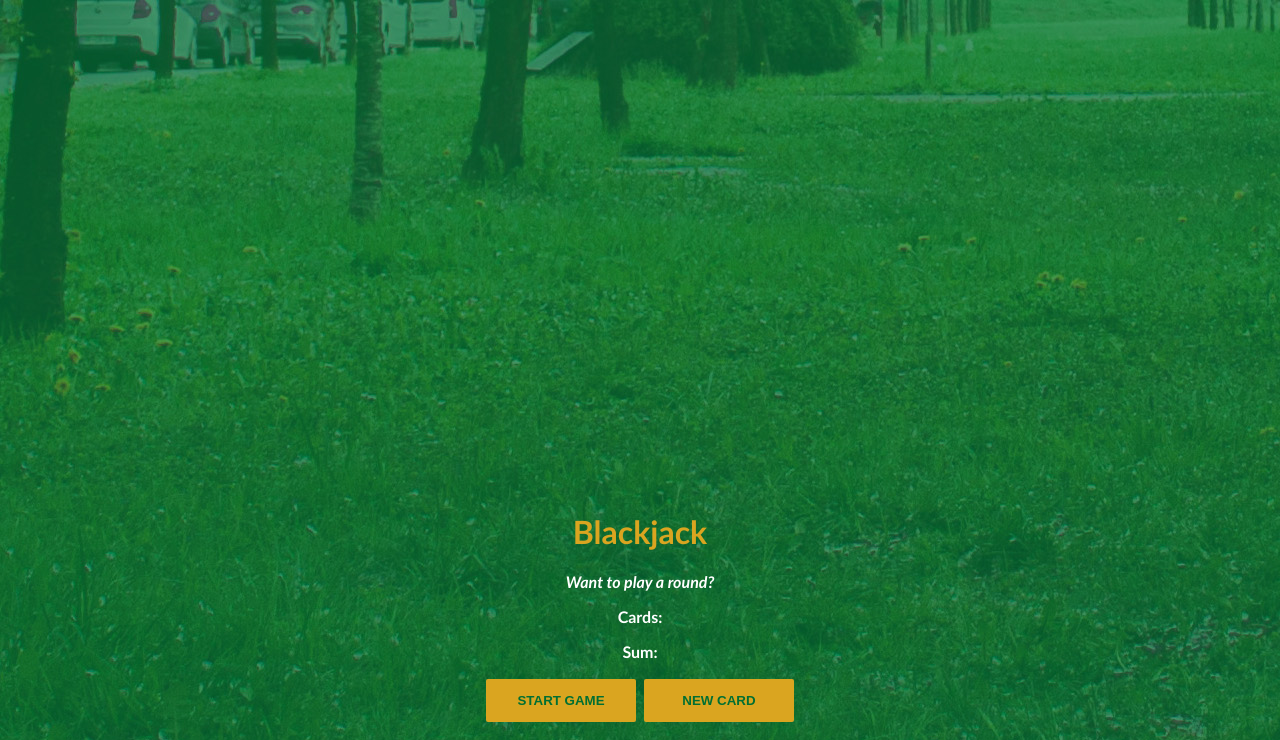
Repository: Samkiroko/black_jack
Page: index.html
An editor plug-in stored every save of this project. The page is shown before and after the next save, followed by the edit.
The browser window is 1280 px wide. The pictures show the whole page.

Above is the page before, as saved 2022-04-30 17:22:12.

### index.html
<!DOCTYPE html>
<html lang="en">

<head>
    <meta charset="UTF-8">
    <meta http-equiv="X-UA-Compatible" content="IE=edge">
    <meta name="viewport" content="width=device-width, initial-scale=1.0">
    <link rel="stylesheet" href="index.css">
    <title>Document</title>
</head>

<body>
    <h1>Blackjack</h1>
    <p id="message-el">Want to play a round?</p>
    <p id="cards-el">Cards:</p>
    <p id="sum-el">Sum:</p>
    <button onclick="startGame()">START GAME</button>
    <button onclick="newCard()">NEW CARD</button>
    <p id="player-el"></p>
    <!-- 1. Create a NEW CARD button, make it run newCard() on click -->
    <script src="index.js" defer></script>

</body>

</html>

### index.css
body {
    font-family: 'Trebuchet MS', 'Lucida Sans Unicode', 'Lucida Grande', Arial, sans-serif;
    background-image: url('img/green.jpg');
    background-size: auto;
    background-repeat: no-repeat;
    font-weight: bold;
    color: white;
    text-align: center;
    display: block;
    margin-left: auto;
    margin-right: auto;
    margin-top: 40%;
}

h1 {
    color: goldenrod;
}

#message-el {
    font-style: italic;
}


/* 3. Make sure that the two buttons have some space between
each other when they are rendered out vertically */

button {
    color: #016f32;
    width: 150px;
    height: 43px;
    background: goldenrod;
    padding-top: 5px;
    padding-bottom: 5px;
    font-weight: bold;
    border: none;
    border-radius: 2px;
    margin: 2px;
}

### index.js
let cards = []
let sum = 0
let hasBlackJack = false
let isAlive = false
let message = ''
let messageEl = document.getElementById('message-el')
let sumEl = document.getElementById('sum-el')
let cardsEl = document.getElementById('cards-el')

console.log(cards)

function getRandomCard() {
  let randomNumber = Math.floor(Math.random() * 13) + 1
  if (randomNumber > 10) {
    return 10
  } else if (randomNumber === 1) {
    return 11
  } else {
    return randomNumber
  }
}

function startGame() {
  isAlive = true
  let firstCard = getRandomCard()
  let secondCard = getRandomCard()
  cards = [firstCard, secondCard]
  sum = firstCard + secondCard
  // Generate two random numbes
  // Re-assign the cards and sum variables so that the game can start
  renderGame()
}

function renderGame() {
  cardsEl.textContent = 'Cards: '
  for (let i = 0; i < cards.length; i++) {
    cardsEl.textContent += cards[i] + ' '
  }

  sumEl.textContent = 'Sum: ' + sum
  if (sum <= 20) {
    message = 'Do you want to draw a new card?'
  } else if (sum === 21) {
    message = "You've got Blackjack!"
    hasBlackJack = true
  } else {
    message = "You're out of the game!"
    isAlive = false
  }
  messageEl.textContent = message
}

function newCard() {
  if (isAlive === true && hasBlackJack === false) {
    let card = getRandomCard()
    sum += card
    cards.push(card)
    renderGame()
  }
}

After the next save:
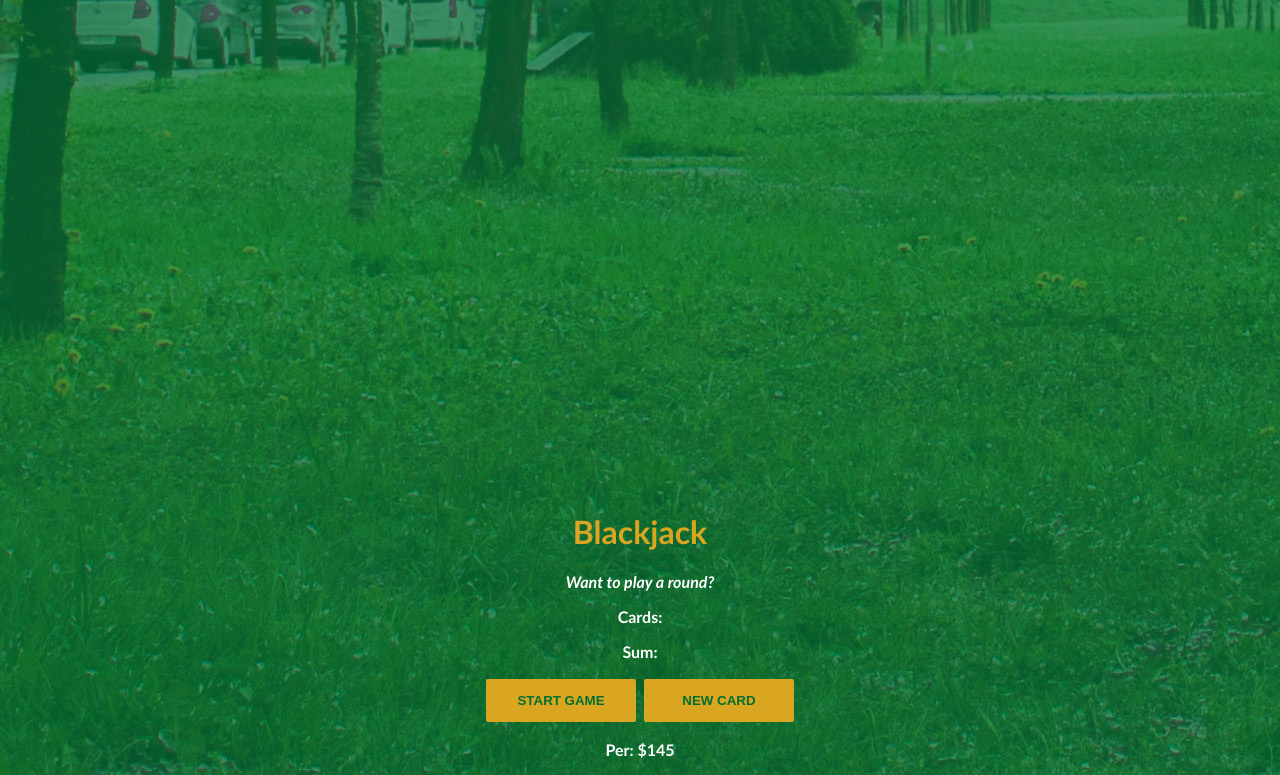
Saved 7 s later.
--- a/index.js
+++ b/index.js
@@ -6,8 +6,13 @@ let message = ''
 let messageEl = document.getElementById('message-el')
 let sumEl = document.getElementById('sum-el')
 let cardsEl = document.getElementById('cards-el')
+let player = {
+  name: 'Per',
+  chips: 145
+}
 
-console.log(cards)
+let playerEl = document.getElementById('player-el')
+playerEl.textContent = player.name + ': $' + player.chips
 
 function getRandomCard() {
   let randomNumber = Math.floor(Math.random() * 13) + 1
